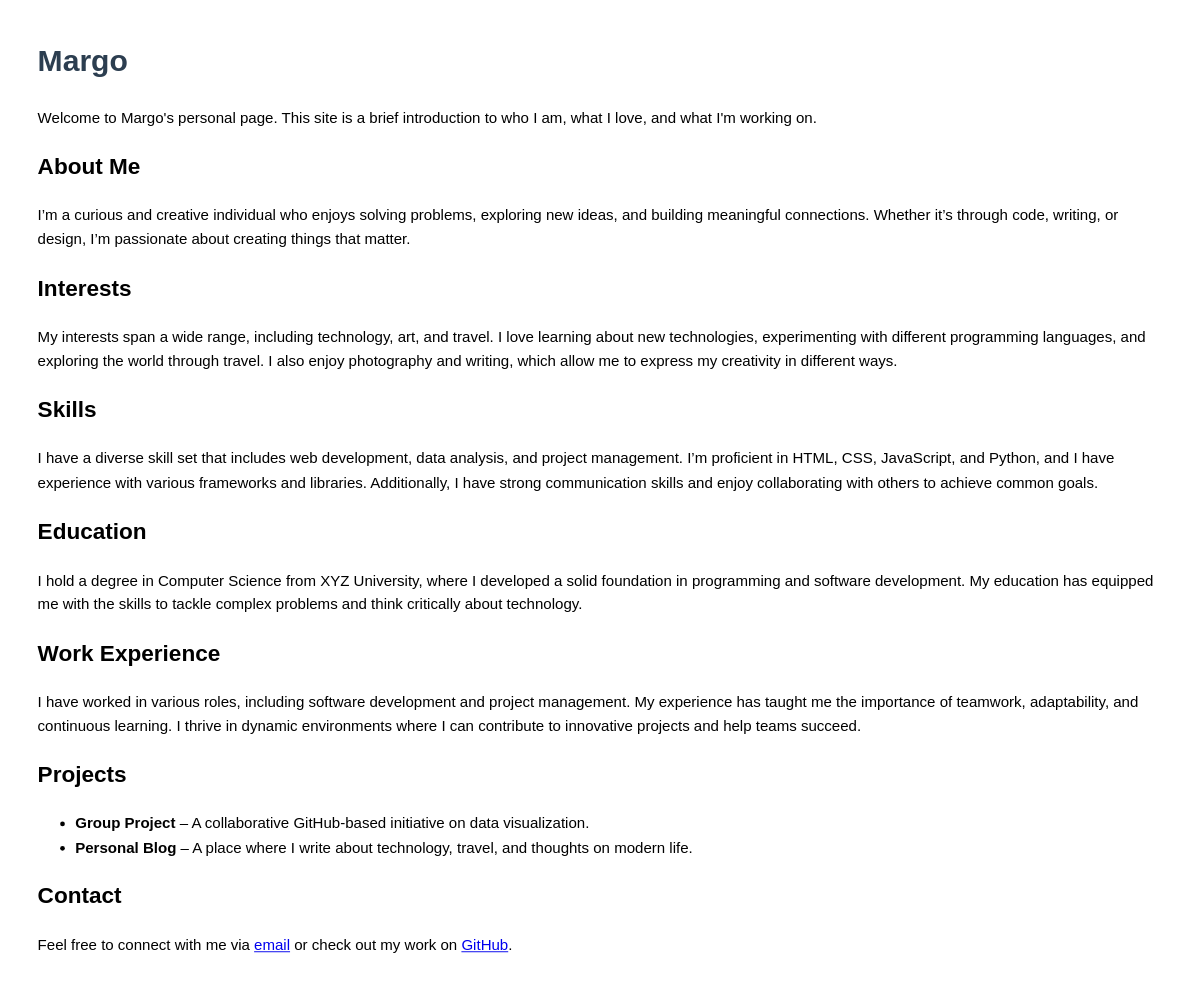
Repository: margo-m-chen/group_project
Page: my_file.html
An editor plug-in stored every save of this project. The page is shown before and after the next save, followed by the edit.
The browser window is 1280 px wide. The pictures show the whole page, at 94% of full size.

Above is the page before, as saved 2025-07-18 13:51:54.

After the next save:
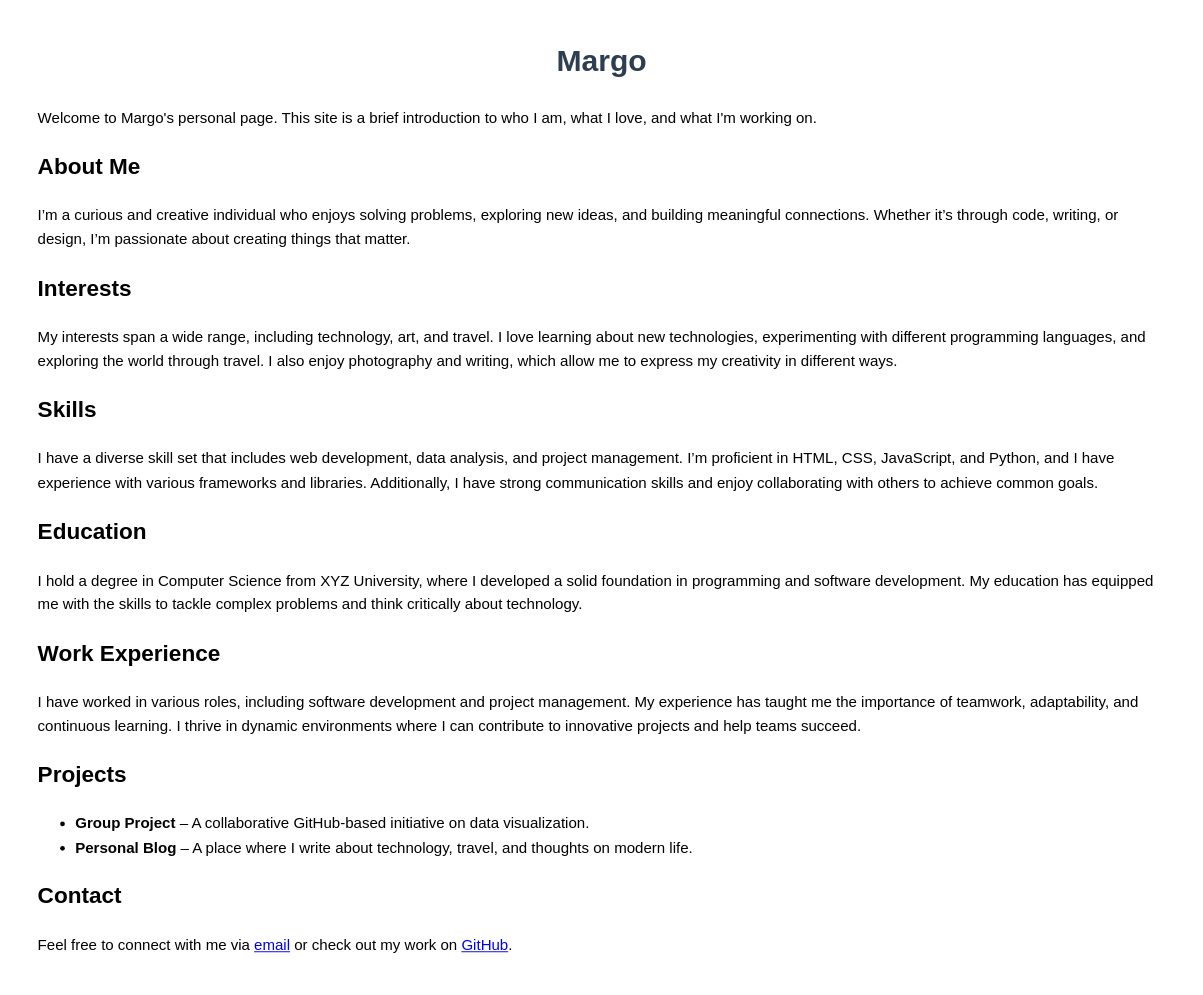
Saved 31 s later.
--- a/my_file.html
+++ b/my_file.html
@@ -19,7 +19,7 @@
 </head>
 
 <body>
-    <h1>Margo</h1 style="center">
+    <h1 style="text-align: center;">Margo</h1>
 
     <p>
         Welcome to Margo's personal page. This site is a brief introduction to who I am, what I love, and what I'm
